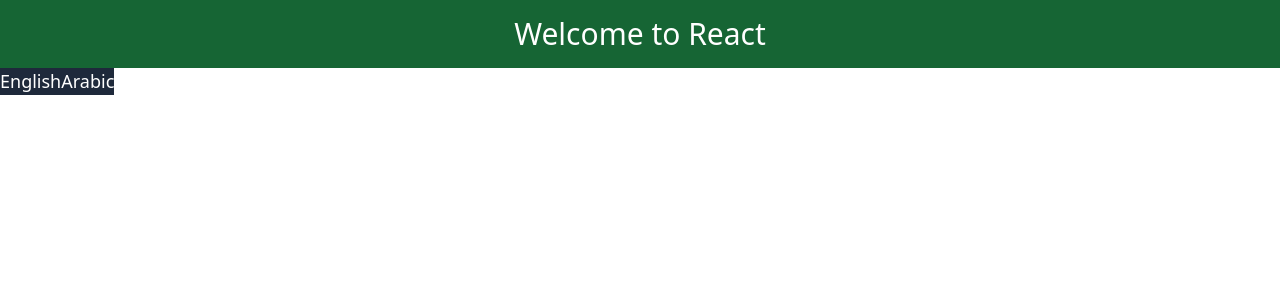
Repository: SaadYasin/react-internationalization
Page: /
An editor plug-in stored every save of this project. The page is shown before and after a run of saves, followed by the edit.
The browser window is 1280 px wide. The pictures show the whole page.
The project was rebuilt for these pictures with package versions that can differ from the ones it lists, and the page was loaded fresh each time. Also part of the build but not shown: vite.config.js.

Above is the page before, as saved 2024-07-18 21:32:39.

After the next 4 saves:
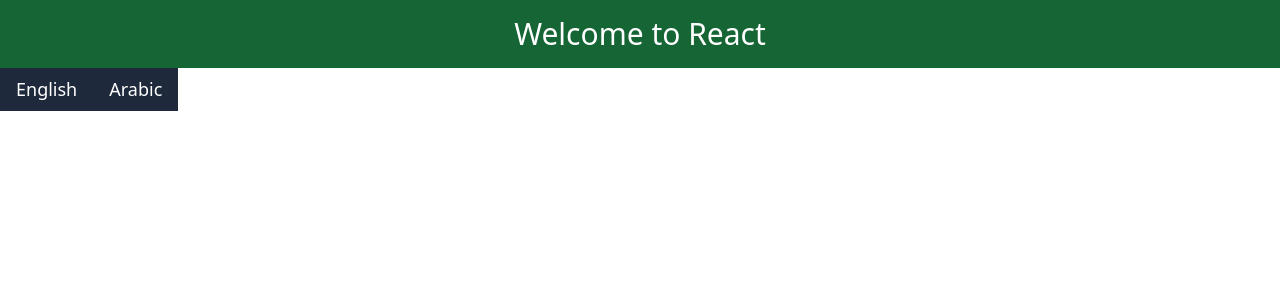
The 4 saves are shown as one change because they came seconds apart.
The last was saved 11 s later.
--- a/src/App.jsx
+++ b/src/App.jsx
@@ -9,8 +9,8 @@
     <>
       <div>
         <h2 className="text-3xl text-center text-white p-4 bg-green-800">{t("Welcome to React")}</h2>
-        <button className="text-[18px] bg-slate-800 text-white ">English</button>
-        <button className="text-[18px] bg-slate-800 text-white ">Arabic</button>
+        <button className="text-[18px] bg-slate-800 text-white px-4 py-2">English</button>
+        <button className="text-[18px] bg-slate-800 text-white px-4 py-2">Arabic</button>
 
       </div>
     </>
